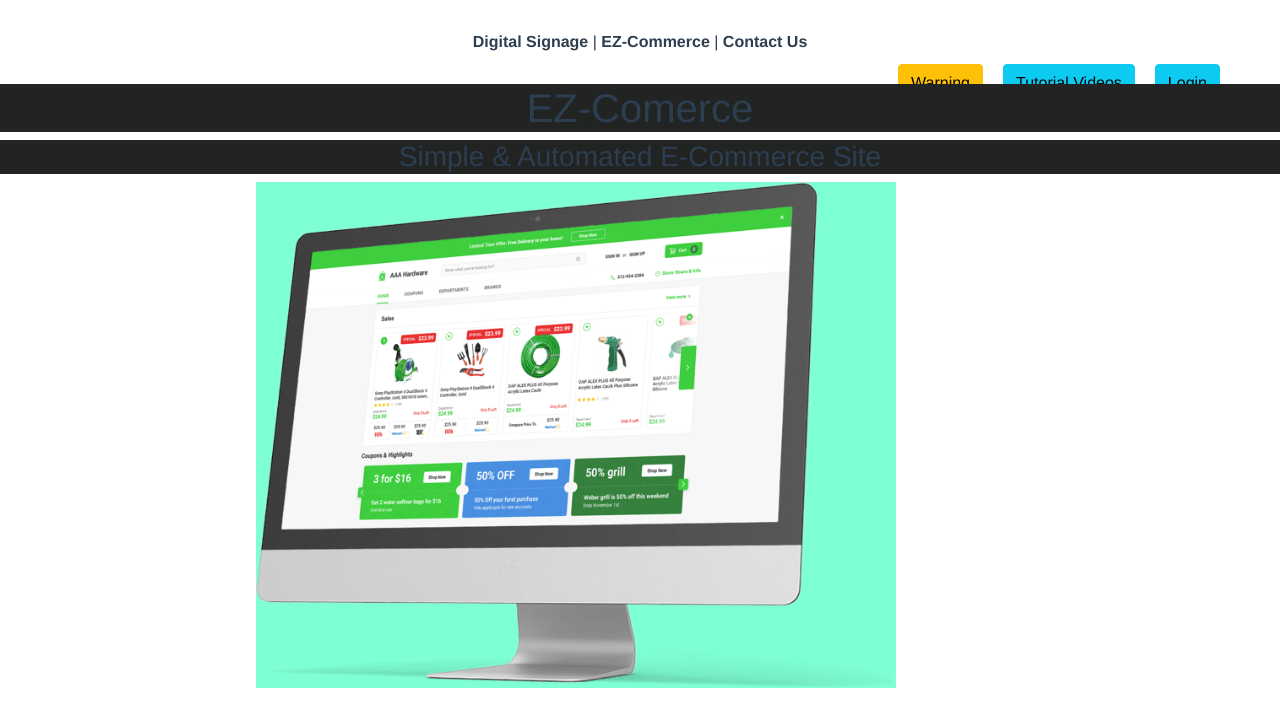
Repository: Herinyhert/EZ-AD
Page: /
These files come from the project's save history. The page is drawn as it stood at one moment and after the next save; the edit follows.
The browser window is 1280 px wide. The pictures show the whole page.
The project was rebuilt for these pictures with package versions that can differ from the ones it lists, and the page was loaded fresh each time. Also part of the build but not shown: vue.config.js.

Above is the page before, as saved 2023-04-27 12:38:43.

### public/index.html
<!DOCTYPE html>
<html lang="">
  <head>
    <meta charset="utf-8">
    <meta http-equiv="X-UA-Compatible" content="IE=edge">
    <meta name="viewport" content="width=device-width,initial-scale=1.0">
    <link rel="icon" href="<%= BASE_URL %>favicon.ico">
    <title><%= htmlWebpackPlugin.options.title %></title>
    <link href="https://cdn.jsdelivr.net/npm/bootstrap@5.1.3/dist/css/bootstrap.min.css" rel="stylesheet" integrity="sha384-1BmE4kWBq78iYhFldvKuhfTAU6auU8tT94WrHftjDbrCEXSU1oBoqyl2QvZ6jIW3" crossorigin="anonymous">
  </head>
  <body>
    <noscript>
      <strong>We're sorry but <%= htmlWebpackPlugin.options.title %> doesn't work properly without JavaScript enabled. Please enable it to continue.</strong>
    </noscript>
    <div id="app"></div>
    <!-- built files will be auto injected -->
    <script src="https://cdn.jsdelivr.net/npm/bootstrap@5.1.3/dist/js/bootstrap.bundle.min.js" integrity="sha384-ka7Sk0Gln4gmtz2MlQnikT1wXgYsOg+OMhuP+IlRH9sENBO0LRn5q+8nbTov4+1p" crossorigin="anonymous"></script>
  </body>
</html>

### src/App.vue
<template>
  <div id="app">
    <nav class="contend">
      <div class="contend1">
        <router-link to="/">EZ-AD</router-link>
      </div>
      <div class="contend2">
        <router-link to="/about">Digital Signage</router-link> |
        <router-link to="/ez-commerce">EZ-Commerce</router-link> |
        <router-link to="/about">Contact Us</router-link>
      </div>
      <div class="contend3">
        <router-link to="/about">
          <button type="button" class="btn btn-warning">Warning</button>
        </router-link>
        <router-link to="/about">
          <button type="button" class="btn btn-info">Tutorial Videos</button>
        </router-link>
        <router-link to="/about">
          <button type="button" class="btn btn-info">Login</button>
        </router-link>
      </div>
    </nav>
    <router-view />
  </div>
</template>

<style>
#app {
  font-family: Avenir, Helvetica, Arial, sans-serif;
  -webkit-font-smoothing: antialiased;
  -moz-osx-font-smoothing: grayscale;
  text-align: center;
  color: #2c3e50;
}

.contend {
  padding: 30px;
  position: relative;
}

.contend button {
  margin: 10px;
}

.contend a {
  font-weight: bold;
  text-decoration: none;
  color: #2c3e50;
}

.contend a.router-link-exact-active {
  color: #42b983;
}
.contend1{
  margin: 50px;
  position: absolute;
  left: 0px;
  font-size: 3rem;
}
.contend2{
justify-content: center;
}
.contend3{
  position: absolute;
  right: 50px;
}
</style>

### src/router/index.js
import Vue from 'vue'
import VueRouter from 'vue-router'
import HomeView from '../views/HomeView.vue'

Vue.use(VueRouter)

const routes = [
  {
    path: '/',
    name: 'home',
    component: HomeView
  },
  {
    path: '/about',
    name: 'about',
    component: () => import('../views/AboutView.vue')
  },
  {
    path: '*',
    name: 'NotFound',
    component: () => import('../views/NotFound.vue')
  },
  {
    path: '/ez-commerce',
    name: 'ez-commerce',
    component: () => import('../views/EZ-Commerce.vue')
  }
]

const router = new VueRouter({
  mode: 'history',
  base: process.env.BASE_URL,
  routes
})

export default router

### src/views/HomeView.vue
<template>
  <div class="home">
    <EZADHome msg="Welcome to Your Vue.js App"/>
  </div>
</template>

<script>
// @ is an alias to /src
import EZADHome from '@/components/EZADHome.vue';

export default {
  name: 'HomeView',
  components: {
    EZADHome
}
}
</script>

### src/components/EZADHome.vue
<template>
    <div class="hello">
      <div id="carouselExampleInterval" class="carousel slide" data-bs-ride="carousel">
    <div class="carousel-inner">
      <div class="carousel-item active" data-bs-interval="2000">
        <h1>EZ-Comerce</h1>
        <h3>Simple & Automated E-Commerce Site</h3>
        <img src="../components/image/ez_commerce.png" class="d-block w-50" alt="EZ-Commerce">
      </div>
      <div class="carousel-item" data-bs-interval="2000">
        <h1>Digital Signage</h1>
        <h3>In-Store Digital Signage Systen</h3>
        <img src="../components/image/header-img-two.png" class="d-block w-50" alt="EZ-AD TV">
      </div>
    </div>
    <button class="carousel-control-prev" type="button" data-bs-target="#carouselExampleInterval" data-bs-slide="prev">
      <span class="carousel-control-prev-icon" aria-hidden="true"></span>
      <span class="visually-hidden">Anterior</span>
    </button>
    <button class="carousel-control-next" type="button" data-bs-target="#carouselExampleInterval" data-bs-slide="next">
      <span class="carousel-control-next-icon" aria-hidden="true"></span>
      <span class="visually-hidden">Siguiente</span>
    </button>
  </div>
    </div>
  </template>

  <script>
  export default {
    name: 'EZADHome'
  }
  </script>

  <!-- Add "scoped" attribute to limit CSS to this component only -->
  <style scoped>
  .carousel-item img{
    background-color: aquamarine;
    margin-left: 20%;
  }
  .carousel-item h1,h3{
    background-color: rgb(33, 36, 35);
    width: ;
  }
  </style>

Loaded but not shown: src/main.js (common file); src/store/index.js (common file)

After the next save:
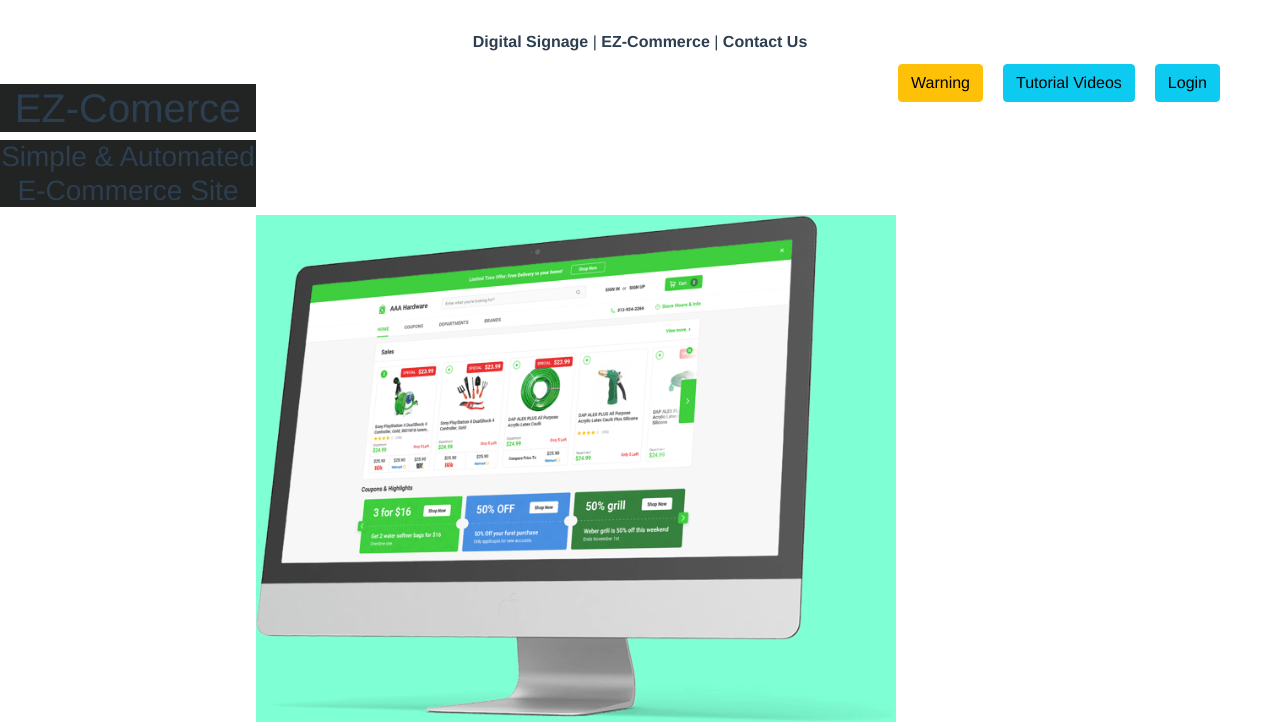
Saved 8 s later.
--- a/src/components/EZADHome.vue
+++ b/src/components/EZADHome.vue
@@ -39,6 +39,6 @@
   }
   .carousel-item h1,h3{
     background-color: rgb(33, 36, 35);
-    width: ;
+    width: 20%;
   }
   </style>
